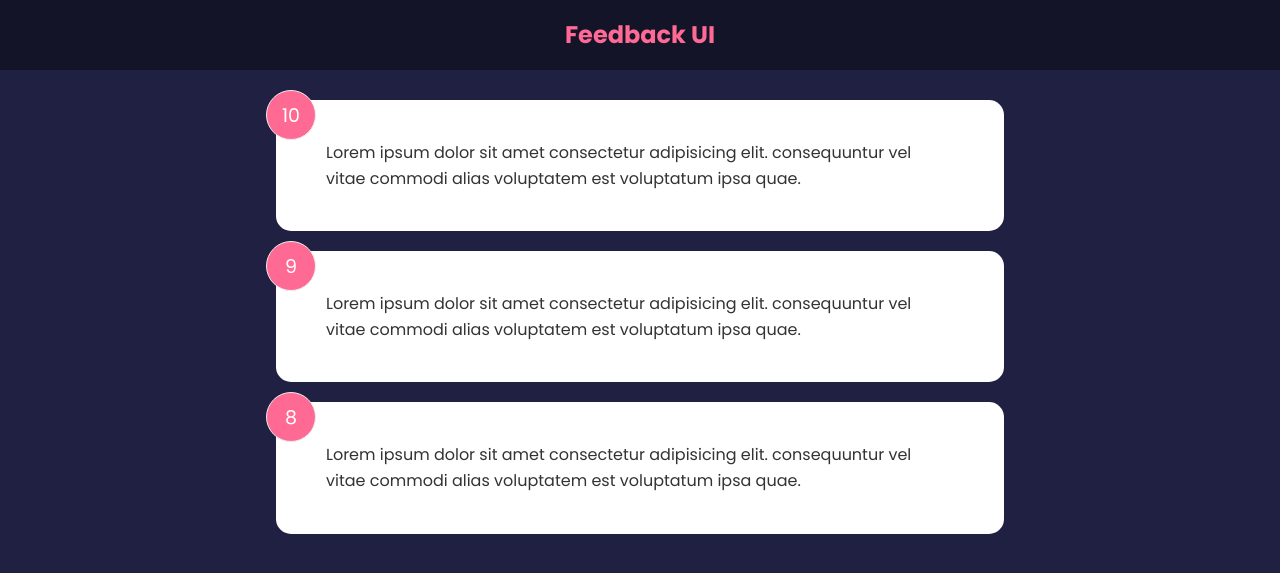
Repository: minhtien9/Feedback_App
Page: /
The author's editor kept a copy of each file at every save. The page is drawn from the files as they stood at one save, then again after the next save.
The browser window is 1280 px wide. The pictures show the whole page.
The project was rebuilt for these pictures with package versions that can differ from the ones it lists, and the page was loaded fresh each time.

Above is the page before, as saved 2022-02-17 18:28:03.

### src/index.css
@import url('https://fonts.googleapis.com/css2?family=Poppins:wght@400;600;700&display=swap');

* {
    box-sizing: border-box;
    margin: 0;
    padding: 0;
}

body {
    font-family: 'Poppins', sans-serif;
    background-color: #202142;
    color: #fff;
    line-height: 1.6;
}

ul {
    list-style: none;
}

.container {
    max-width: 768px;
    margin: auto;
    padding: 0 20px;
}

header {
    height: 70px;
    width: 100%;
    display: flex;
    justify-content: space-between;
    align-items: center;
    margin-bottom: 30px;
}

.card {
    background-color: #fff;
    color: #333;
    border-radius: 15px;
    padding: 40px 50px;
    margin: 20px 0;
    position: relative;
}

.card.reverse {
    background-color: rgba(0, 0, 0, 0.4);
    color: #fff;
}

.card h2 {
    font-size: 22px;
    font-weight: 600;
    text-align: center;
}

.rating {
    display: flex;
    align-items: center;
    justify-content: space-around;
    margin: 30px 0 40px;
}

.rating li,
.num-display {
    position: relative;
    background: #f4f4f4;
    width: 50px;
    height: 50px;
    padding: 10px;
    text-align: center;
    border-radius: 50%;
    font-size: 19px;
    border: 1px #eee solid;
    transition: 0.3s;
}

.rating li label {
    position: absolute;
    top: 50%;
    left: 50%;
    width: 50px;
    height: 50px;
    padding: 10px;
    border-radius: 50%;
    transform: translate(-50%, -50%);
    cursor: pointer;
}

.rating li:hover,
.num-display {
    background: #ff6a95;
    color: #fff;
}

[type='radio'] {
    opacity: 0;
}

[type='radio']:checked ~ label {
    background: #ff6a95;
    color: #fff;
}

.input-group {
    display: flex;
    flex-direction: row;
    border: 1px solid #ccc;
    padding: 8px 10px;
    border-radius: 8px;
}

input {
    flex-grow: 2;
    border: none;
    font-size: 16px;
}

input:focus {
    outline: none;
}

.feedback-stats {
    color: #fff;
    display: flex;
    justify-content: space-between;
    align-items: center;
}

.num-display {
    position: absolute;
    top: -10px;
    left: -10px;
}

.close,
.edit {
    position: absolute;
    top: 10px;
    right: 20px;
    cursor: pointer;
    background: none;
    border: none;
}

.edit {
    right: 40px;
}

.btn {
    color: #fff;
    border: 0;
    border-radius: 8px;
    color: #fff;
    width: 100px;
    height: 40px;
    cursor: pointer;
}

.btn-primary {
    background-color: #202142;
}

.btn-secondary {
    background: #ff6a95;
}

.btn:hover {
    transform: scale(0.98);
    opacity: 0.9;
}

.btn:disabled {
    background-color: #cccccc;
    color: #333;
    cursor: auto;
}

.btn:disabled:hover {
    transform: scale(1);
    opacity: 1;
}

.message {
    padding-top: 10px;
    text-align: center;
    color: rebeccapurple;
}

/* FIX: Remove position: absolute to keep about icon at the bottom of the
 * document */
.about-link {
    display: flex;
    justify-content: flex-end;
}

/* FIX: Remove position: absolute to keep about icon at the bottom of the
 * document */
.about-link a {
    color: #fff;
    cursor: pointer;
}

.about-link a:hover {
    color: #ff6a95;
}

.about h1 {
    margin-bottom: 20px;
}

.about p {
    margin: 10px 0;
}

@media (max-width: 600px) {
    .rating li {
        margin: 10px 3px;
    }

    .rating {
        display: flex;
        align-items: center;
        justify-content: center;
        flex-wrap: wrap;
        margin: 30px 0 40px;
    }

    .input-group input {
        width: 80%;
    }
}

### src/App.js
import Header from './components/Header'

import FeedbackData from './data/FeedbackData'
import FeedbackList from './components/FeedbackList'

import { useState } from 'react'

function App() {
    const [feedback, setFeedback] = useState(FeedbackData)
    return (
        <div className='App'>
            <Header />
            <div className='container'>
                <FeedbackList feedback={feedback} />
            </div>
        </div>
    )
}

export default App

### src/components/Header.jsx
import React from 'react'
import PropTypes from 'prop-types'

Header.propTypes = {
    text: PropTypes.string,
    bgColor: PropTypes.string,
    textColor: PropTypes.string,
}

Header.defaultProps = {
    text: 'Feedback UI',
    bgColor: 'rgba(0,0,0,0.4)',
    textColor: '#ff6a95',
}

function Header({ text, bgColor, textColor }) {
    const headerStyles = { background: bgColor, color: textColor }
    return (
        <header style={headerStyles}>
            <div className='container'>
                <h2>{text}</h2>
            </div>
        </header>
    )
}

export default Header

### src/data/FeedbackData.js
const FeedbackData = [
    {
        id: 1,
        rating: 10,
        text: 'Lorem ipsum dolor sit amet consectetur adipisicing elit. consequuntur vel vitae commodi alias voluptatem est voluptatum ipsa quae.',
    },
    {
        id: 2,
        rating: 9,
        text: 'Lorem ipsum dolor sit amet consectetur adipisicing elit. consequuntur vel vitae commodi alias voluptatem est voluptatum ipsa quae.',
    },
    {
        id: 3,
        rating: 8,
        text: 'Lorem ipsum dolor sit amet consectetur adipisicing elit. consequuntur vel vitae commodi alias voluptatem est voluptatum ipsa quae.',
    },
]

export default FeedbackData

### src/components/FeedbackList.jsx
import FeedbackItem from './FeedbackItem'
function FeedbackList({ feedback }) {
    if (!feedback || feedback.length === 0) return <p>No Feedback Yet</p>
    return (
        <div className='feedback-list'>
            {feedback.map((item) => (
                <FeedbackItem key={item.id} item={item} />
            ))}
        </div>
    )
}

export default FeedbackList

### src/components/FeedbackItem.jsx
import Card from './UI/Card'

FeedbackItem.propTypes = {}

function FeedbackItem({ item }) {
    return (
        <Card>
            <div className='card'>
                <div className='num-display'>{item.rating}</div>
                <div className='text-display'>{item.text}</div>
            </div>
        </Card>
    )
}

export default FeedbackItem

### src/components/UI/Card.jsx
import React from 'react'
import PropTypes from 'prop-types'

Card.propTypes = {}

function Card({ children }) {
    return <div>{children}</div>
}

export default Card

Loaded but not shown: public/index.html (common file); src/index.js (common file)

After the next save:
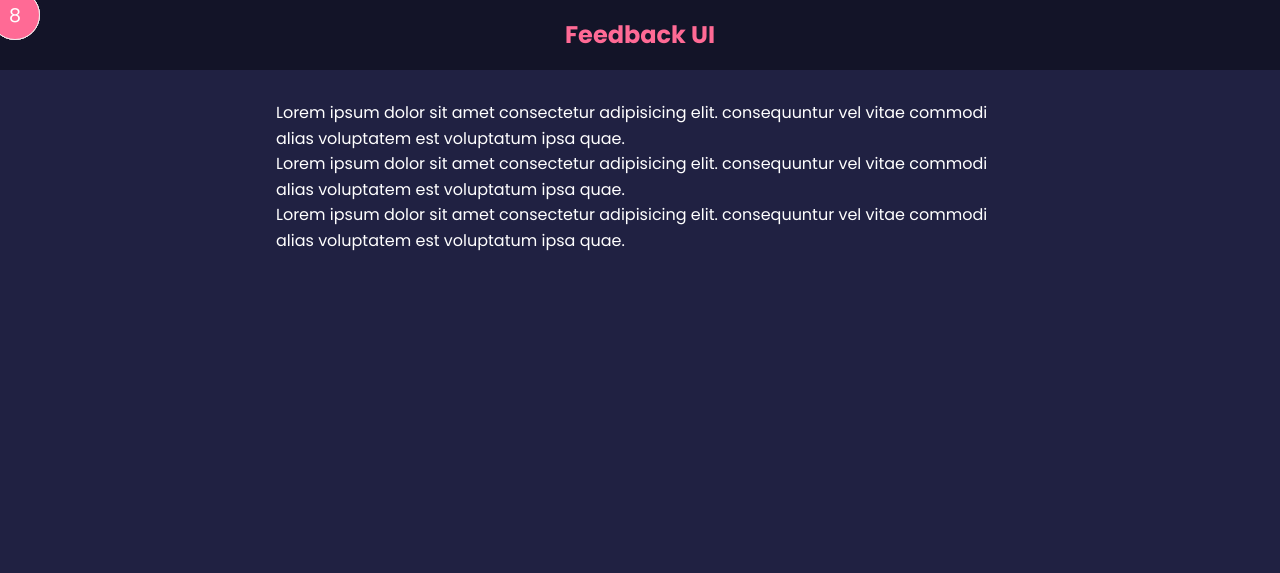
Saved 21 s later.
--- a/src/components/FeedbackItem.jsx
+++ b/src/components/FeedbackItem.jsx
@@ -5,10 +5,8 @@ FeedbackItem.propTypes = {}
 function FeedbackItem({ item }) {
     return (
         <Card>
-            <div className='card'>
-                <div className='num-display'>{item.rating}</div>
-                <div className='text-display'>{item.text}</div>
-            </div>
+            <div className='num-display'>{item.rating}</div>
+            <div className='text-display'>{item.text}</div>
         </Card>
     )
 }
